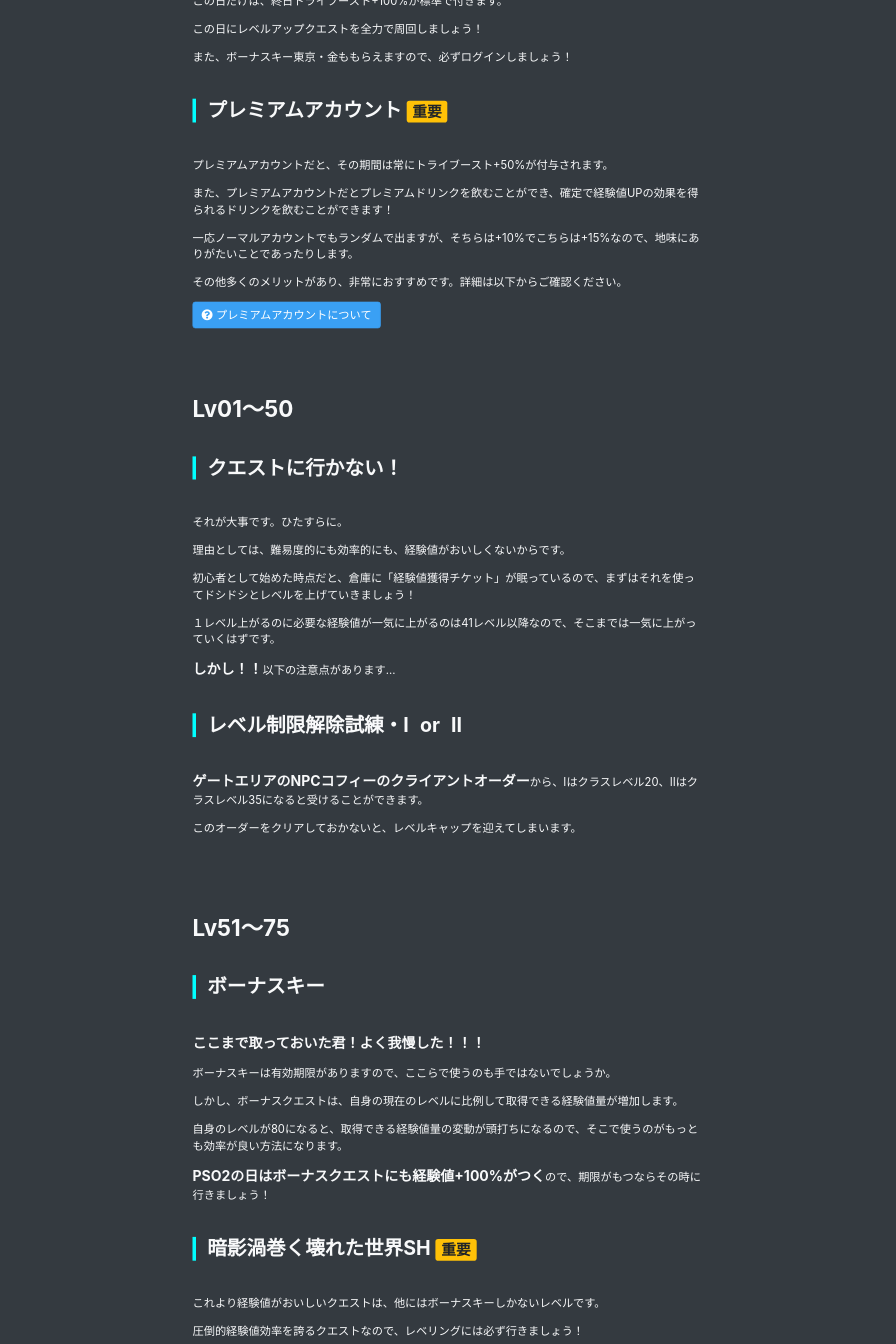
Repository: milkyahonpo/Website_source
Page: docs/capture.html
An editor plug-in stored every save of this project. The page is shown before and after the next save, followed by the edit.
The browser window is 1280 px wide. The pictures show the part of the page from y = 4580 to 6500 px (the page is 9646 px tall before and 9670 px after), at 70% of full size.
Some web libraries are served in a nearby version.

Above is the page before, as saved 2020-01-24 10:10:45.

After the next save:
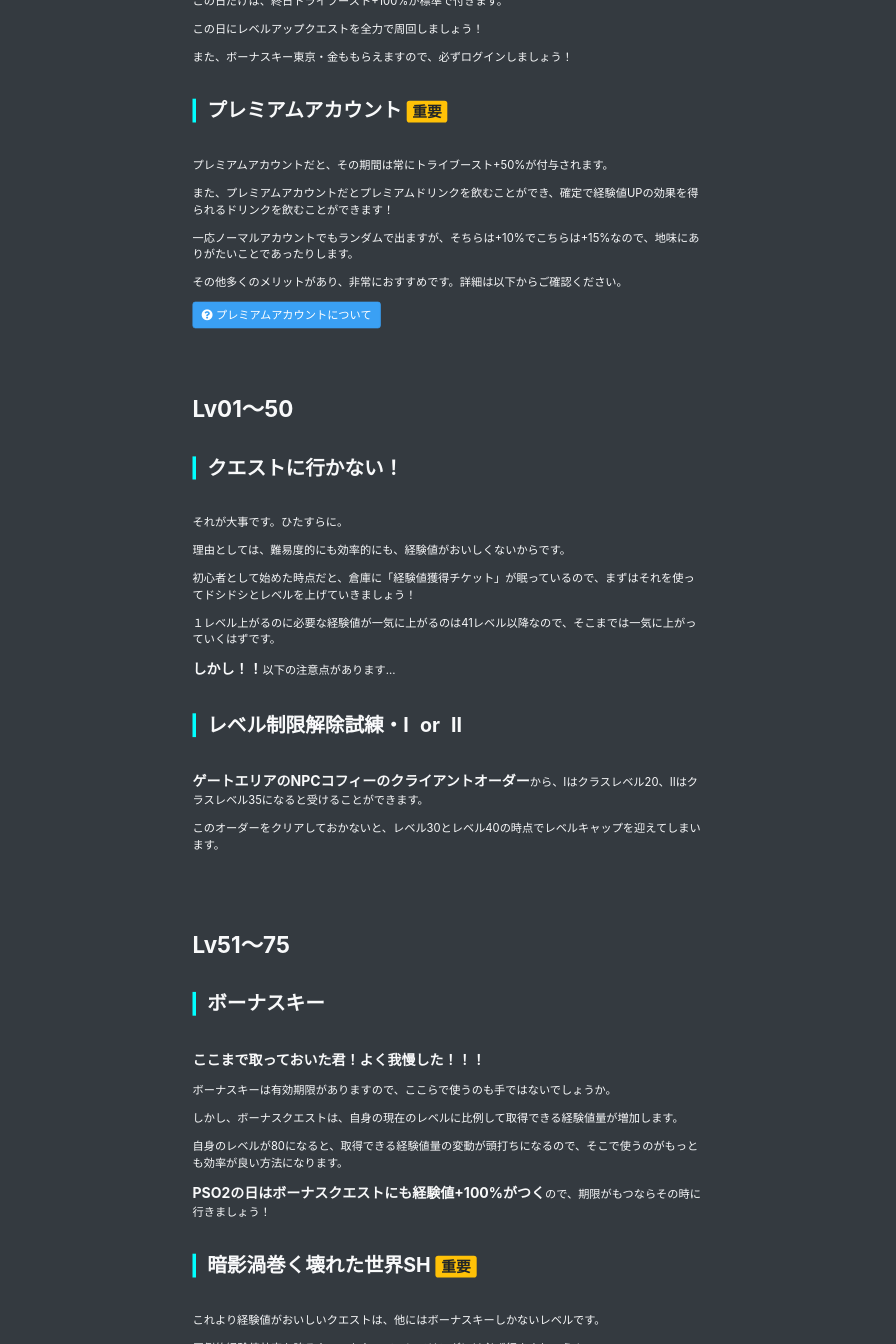
Saved 16 s later.
--- a/docs/capture.html
+++ b/docs/capture.html
@@ -165,7 +165,7 @@
           <p><strong class="lead font-weight-bold">しかし！！</strong>以下の注意点があります...</p>
           <h3 class="my-5 pl-3"><strong class="font-weight-bold">レベル制限解除試練・Ⅰ<span class="mx-3">or</span>Ⅱ</strong></h3>
           <p><strong class="lead font-weight-bold">ゲートエリアのNPCコフィーのクライアントオーダー</strong>から、Ⅰはクラスレベル20、Ⅱはクラスレベル35になると受けることができます。</p>
-          <p>このオーダーをクリアしておかないと、レベルキャップを迎えてしまいます。</p>
+          <p>このオーダーをクリアしておかないと、レベル30とレベル40の時点でレベルキャップを迎えてしまいます。</p>
         </div>
       </div>
       <div class="row py-5 justify-content-center" id="lv51-75">
